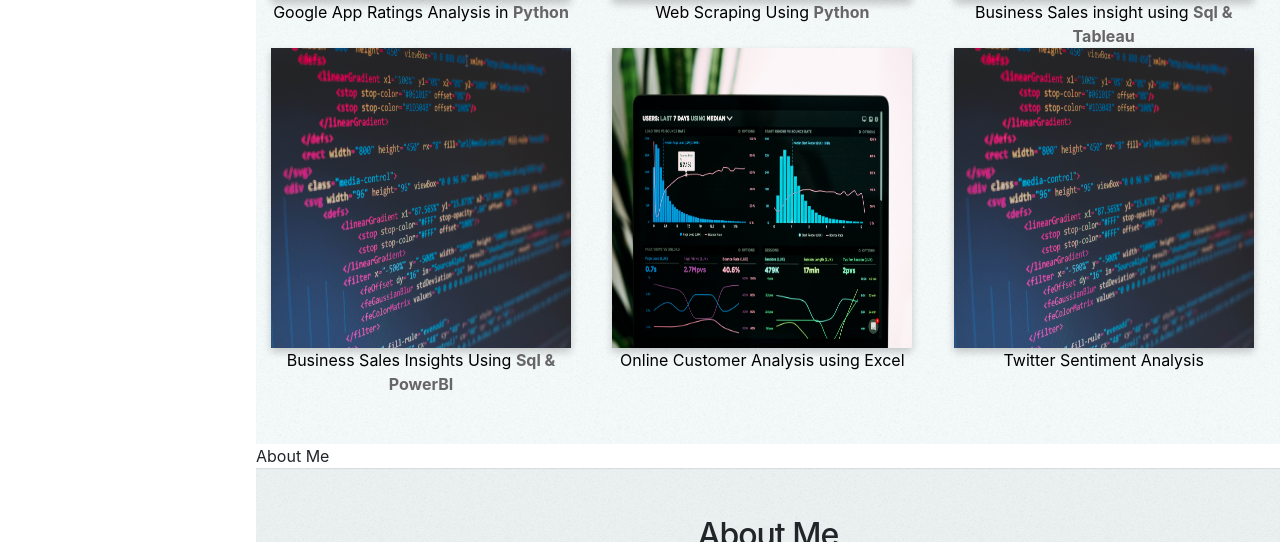
Repository: IslamInjila/new_portfolio
Page: index.html
The author's editor kept a copy of each file at every save. The page is drawn from the files as they stood at one save, then again after the next save.
The browser window is 1280 px wide. The pictures show the part of the page from y = 737 to 1279 px (the page is 2557 px tall before and 2533 px after).
A picture or video elsewhere on the page could not be fetched, so the positions and the page height are approximate. Some web libraries are served in a nearby version.

Above is the page before, as saved 2021-08-15 14:03:30.
Console error: TypeError: Cannot read properties of undefined (reading 'fn')

### index.html
<!DOCTYPE HTML>

<html>
	<head>
		<title>Prologue by HTML5 UP</title>
		<meta charset="utf-8" />
		<meta name="viewport" content="width=device-width, initial-scale=1, user-scalable=no" />
		<link rel="stylesheet" href="assets/css/main.css" />
	</head>
	<body class="is-preload">

		<!-- Header -->
			<div id="header">

				<div class="top">

					<!-- Logo -->
						<div id="logo">
							<span class="image avatar48"><img src="images/photome.jpg" alt="" /></span>
							<h1 id="title">Injila Islam</h1>
							<p>Software Developer</p>
						</div>

					<!-- Nav -->
						<nav id="nav">
							<ul>
								<li><a href="#top" id="top-link"><span class="icon solid fa-home">Intro</span></a></li>
								<li><a href="#portfolio" id="portfolio-link"><span class="icon solid fa-th">Portfolio</span></a></li>
								<li><a href="#contact" id="contact-link"><span class="icon solid fa-envelope">About Me </span></a></li>

								<li><a href="#contact" id="contact-link"><span class="icon solid fa-envelope">Contact </span></a></li>

							</ul>

						</nav>

				</div>

				<div class="bottom">

					<!-- Social Icons -->
						<!-- <ul class="icons">
							<li><a href="#" class="icon brands fa-twitter"><span class="label">Twitter</span></a></li>
							<li><a href="#" class="icon brands fa-facebook-f"><span class="label">Facebook</span></a></li>
							<li><a href="#" class="icon brands fa-github"><span class="label">Github</span></a></li>
							<li><a href="#" class="icon brands fa-dribbble"><span class="label">Dribbble</span></a></li>
							<li><a href="#" class="icon solid fa-envelope"><span class="label">Email</span></a></li>
						</ul> -->

				</div>

			</div>

		<!-- Main -->
			<div id="main">

				<!-- Intro -->
					<section id="top" class="one dark cover">
						<div class="container">

							<header>
								<h2 class="alt">Hi! I am <strong>Injila Islam</strong>

							</header>

							<footer>
								<a href="#portfolio" class="button scrolly">See my portfolio</a>
								<object data="YourFile.pdf"  type="application/x-pdf" title="SamplePdf"  >
								<a href="images/injilaIslam.pdf" target="_blank" class="button scrolly">Download my Resume</a>
							</object>


							</footer>

						</div>
					</section>

				<!-- Portfolio -->
					<section id="portfolio" class="two">
						<div class="container">

							<header>
								<h2>Portfolio</h2>
							</header>

							<p>A sample of my personal projects</p>

							<div class="row">
								<div class="col-4 col-12-mobile">
									<!-- <article class="item ">
										<a href="#" class="image fit"><img src="images/data1.jpg" alt="" /></a>
										<header>
											Weather Data Analysis
											<h5><input type="button" class="nine" width="100" height="132" onclick='window.open("https://github.com/IslamInjila/python");return false;'
												target="_blank" value="view"
												/></h5>
										</header> -->







	                    	<!-- NEW DATA -->
										<div class="flip-card">
											<div class="flip-card-inner">
											  <div class="flip-card-front">

												<img src="images/dataset.jpg" alt="Avatar" style="width:300px;height:300px;">
												<div class="text-block" style="font-size: medium;">
													Google App Ratings Analysis in <b>Python</b>
													</div>

											   </div>
											  <div class="flip-card-back">
												  <br>
												<p>GOOGLE APP RATINGS ANALYSIS IN Python<p>
												<p> Google App's rating, reviews, price  have been analysed against their respective categories using PANDAS & MATPLOT. Dataset has been cleaned and downloaded from Kaggle.</p>
												<p><input type="button" class="nine" width="100" height="132" onclick='window.open("https://github.com/IslamInjila/GoogleAppRatingAnalysis");return false;'
													target="_blank" value="view"
													/></p>
											  </div>
											</div>
										  </div>


									<!-- </article> -->
									<br><br>
									<div class="flip-card">
										<div class="flip-card-inner">
										  <div class="flip-card-front">

											<img src="images/data1.jpg" alt="Avatar" style="width:300px;height:300px;">
											<div class="text-block" style="font-size: medium;">
												Business Sales Insights Using <b>Sql & PowerBI</b>
												</div>

										   </div>
										  <div class="flip-card-back">
											  <br>
											  <p>BUSINESS SALES INSIGHT USING SQL & POWER BI <p>
												<p>This project aims to get sales insight of a hardware business setup in India to find the major KPI.
													<br> Database has been cleaned and KPI are represented using POWER BI dashboard.
												</p>
											<p><input type="button" class="nine" width="100" height="132" onclick='window.open("images/bi.html");return false;'
												target="_blank" value="view"
												/></p>
										  </div>
										</div>
									  </div>

								</div>
								<div class="col-4 col-12-mobile">
									<div class="flip-card">
										<div class="flip-card-inner">
										  <div class="flip-card-front">

											<img src="images/data1.jpg" alt="Avatar" style="width:300px;height:300px;">
											<div class="text-block" style="font-size: medium;">
												Web Scraping Using <b>Python</b>
												</div>

										   </div>
										  <div class="flip-card-back">
											  <br>
											<p>WEB SCRAPING  IN PYTHON<p>
											<p>In this project Google playstore app website has been scraped and stored in excel file using python</p>
											<p><input type="button" class="nine" width="100" height="132" onclick='window.open("https://github.com/IslamInjila/web_scraping");return false;'
												target="_blank" value="view"
												/></p>
										  </div>
										</div>
									  </div>
									  <br><br>
									<!-- <article class="item">
										<a href="#" class="image fit"><img src="images/d3.jpg" alt="" /></a>
										<header>
											<h5>Customer Analysis </h5>
											<input type="button" class="nine" width="100" height="132" onclick='window.open("images/ExcelData.htm");return false;'
												target="_blank" value="view"
												/>
										</header>
									</article> -->
									 <div class="flip-card">
										<div class="flip-card-inner">
										  <div class="flip-card-front">

											<img src="images/d3.jpg" alt="Avatar" style="width:300px;height:300px;">
											<div class="text-block" style="font-size: medium;">
												Online Customer Analysis using Excel
												</div>

										   </div>
										  <div class="flip-card-back">
											  <br>
											<p>ONLINE CUSTOMER ANALYSIS USING EXCEL<p>
											<p>online Analysis of  customer has been done of e-commerce business using pivot tables and excel dashboard. </p>
											<p><input type="button" class="nine" width="100" height="132" onclick='window.open("images/ExcelData.htm");return false;'
												target="_blank" value="view"
												/></p>
										  </div>
										</div>
									  </div>
									  <br><br>

								</div>
								<div class="col-4 col-12-mobile">
									<div class="flip-card">
										<div class="flip-card-inner">
										  <div class="flip-card-front">

											<img src="images/black.jpg" alt="Avatar" style="width:300px;height:300px;">
											<div class="text-block" style="font-size: medium;">
												Business Sales insight using <b>Sql  & Tableau</b>
												</div>

										   </div>
										  <div class="flip-card-back">
											  <br>
											<p>BUSINESS SALES INSIGHT USING SQL & TABLEAU <p>
											<p>This project aims to get sales insight of a hardware business setup in India to find the major KPI.
												<br> Database is cleaned using SQL and KPI are represented using Tableau dashboard.
											</p>
											<p><input type="button" class="nine" width="100" height="132" onclick='window.open("images/salesInsight_bi.html");return false;'
												target="_blank" value="view"
												/></p>
										  </div>
										</div>
									  </div>
									<!-- <article class="item">
										<a href="#" class="image fit"><img src="images/pic07.jpg" alt="" /></a>
										<header>
											<h5>visuaise data66 </h5>
											<input type="button" class="nine" width="100" height="132" onclick='window.open("http://www.foracure.org.au");return false;'
												target="_blank" value="view"
												/>
										</header>
									</article> --><br>
									<br>
									<div class="flip-card">
										<div class="flip-card-inner">
										  <div class="flip-card-front">

											<img src="images/data1.jpg" alt="Avatar" style="width:300px;height:300px;">
											<div class="text-block" style="font-size: medium;">
												Twitter Sentiment Analysis
												</div>

										   </div>
										  <div class="flip-card-back">
											  <br>
											  This script can tell you the sentiments of people sgarding to any events happening in the world by analyzing tweets related to that event. It will search for tweets about any topic and analyze each tweet to see how positive or negative it's emotion is.
											</p>
											<p><input type="button" class="nine" width="100" height="132" onclick='window.open("https://github.com/injila14/Twiiter_sentiment_analysis");return false;'
												target="_blank" value="view"
												/></p>
										  </div>
										</div>
									  </div>
								</div>
							</div>

						</div>
					</section>

				About Me
					 <section id="about" class="three">
						<div class="container">

							<header>
								<h2>About Me</h2>
							</header>

							 <a href="#" class="image featured"><img src="images/profilePic.jpg" alt="" /></a>

							 <p>I am a Professional from Computer Science & Engineering background.<br>
								I have passion for technology and love working and discovering new tools and tech and provide solutions.
								I have worked as software developer , developing website and mobile applications for various domains.

						</div>
					</section>


				<!-- Contact -->
					<section id="contact" class="four">
						<div class="container">


								<h2>Contact</h2>

							<P> Email : injilaislam.amu@gmail.com
							<br>phone no : <br> +971 544578060, +971 563978604</p>





						</div>
					</section>

			</div>

		<!-- Footer -->
			<div id="footer">

				<!-- Copyright -->
					<!-- <ul class="copyright">
						<li>&copy; Untitled. All rights reserved.</li><li>Design: <a href="http://html5up.net">HTML5 UP</a></li>
					</ul> -->

			</div>

		<!-- Scripts -->


<!-- NEW DATA -->

		<link href="//maxcdn.bootstrapcdn.com/bootstrap/4.0.0/css/bootstrap.min.css" rel="stylesheet" id="bootstrap-css">
		<script src="//maxcdn.bootstrapcdn.com/bootstrap/4.0.0/js/bootstrap.min.js"></script>
		<script src="//cdnjs.cloudflare.com/ajax/libs/jquery/3.2.1/jquery.min.js"></script>
		<!------ Include the above in your HEAD tag ---------->

<script src="assets/js/jquery.scrolly.min.js"></script>
			<script src="assets/js/jquery.scrollex.min.js"></script>
			<script src="assets/js/browser.min.js"></script>
			<script src="assets/js/breakpoints.min.js"></script>
			<script src="assets/js/util.js"></script>
			<script src="assets/js/main.js"></script>

	</body>
</html>

Loaded but not shown: assets/css/fontawesome-all.min.css (library); assets/js/jquery.scrolly.min.js (common file); assets/js/jquery.scrollex.min.js (common file); assets/js/browser.min.js (common file); assets/js/breakpoints.min.js (common file); assets/js/util.js (587 lines, source omitted); assets/js/main.js (123 lines, source omitted); assets/css/main.css (2832 lines, source omitted)

After the next save:
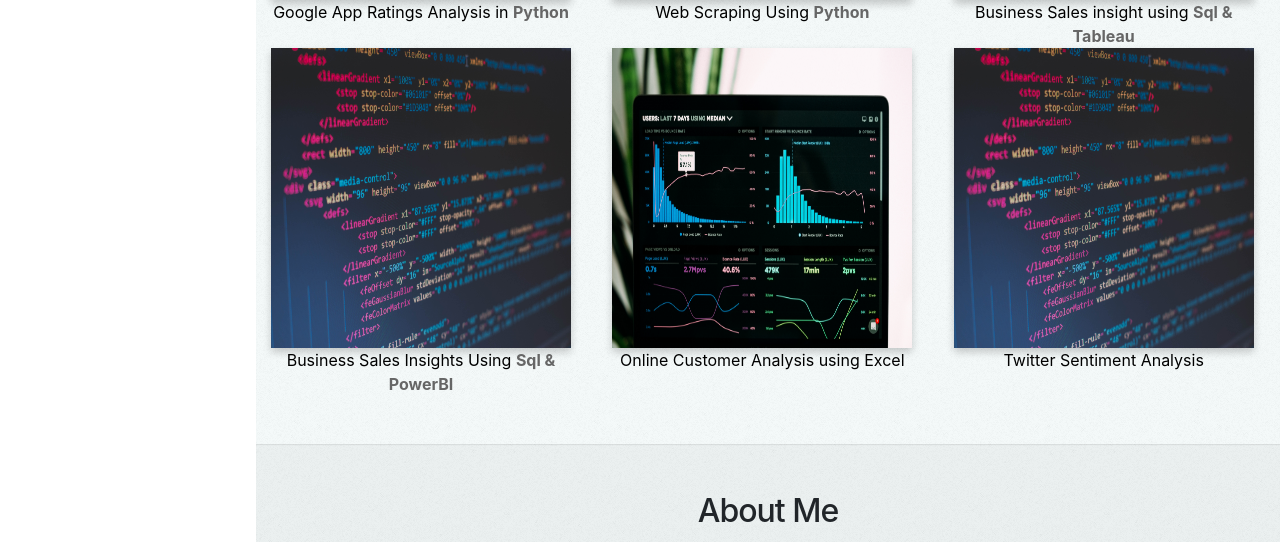
Saved 38 s later.
--- a/index.html
+++ b/index.html
@@ -264,7 +264,7 @@
 						</div>
 					</section>
 
-				About Me
+
 					 <section id="about" class="three">
 						<div class="container">
 
